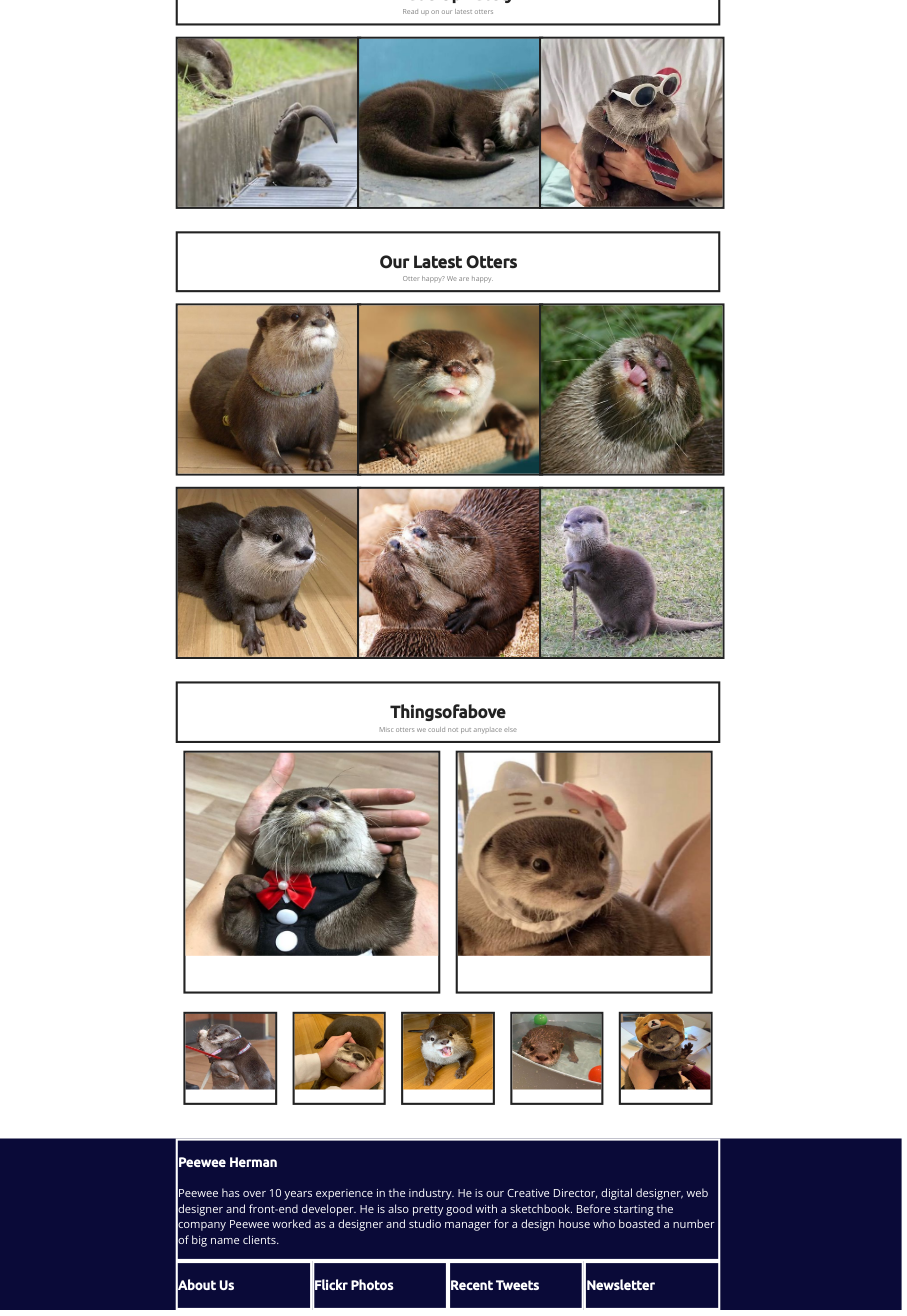
Repository: kennyharman/Marlowe_Kenny_Lab_02B
Page: index.html
These files come from the project's save history. The page is drawn as it stood at one moment and after the next save; the edit follows.
The browser window is 1280 px wide. The page is 1296 px wide, so the pictures cover 1296 px, including what lies to the right of the window. The pictures show the part of the page from y = 1038 to 2918 px (the page is 2918 px tall), at 70% of full size.

Above is the page before, as saved 2024-02-08 19:17:51.

After the next save:
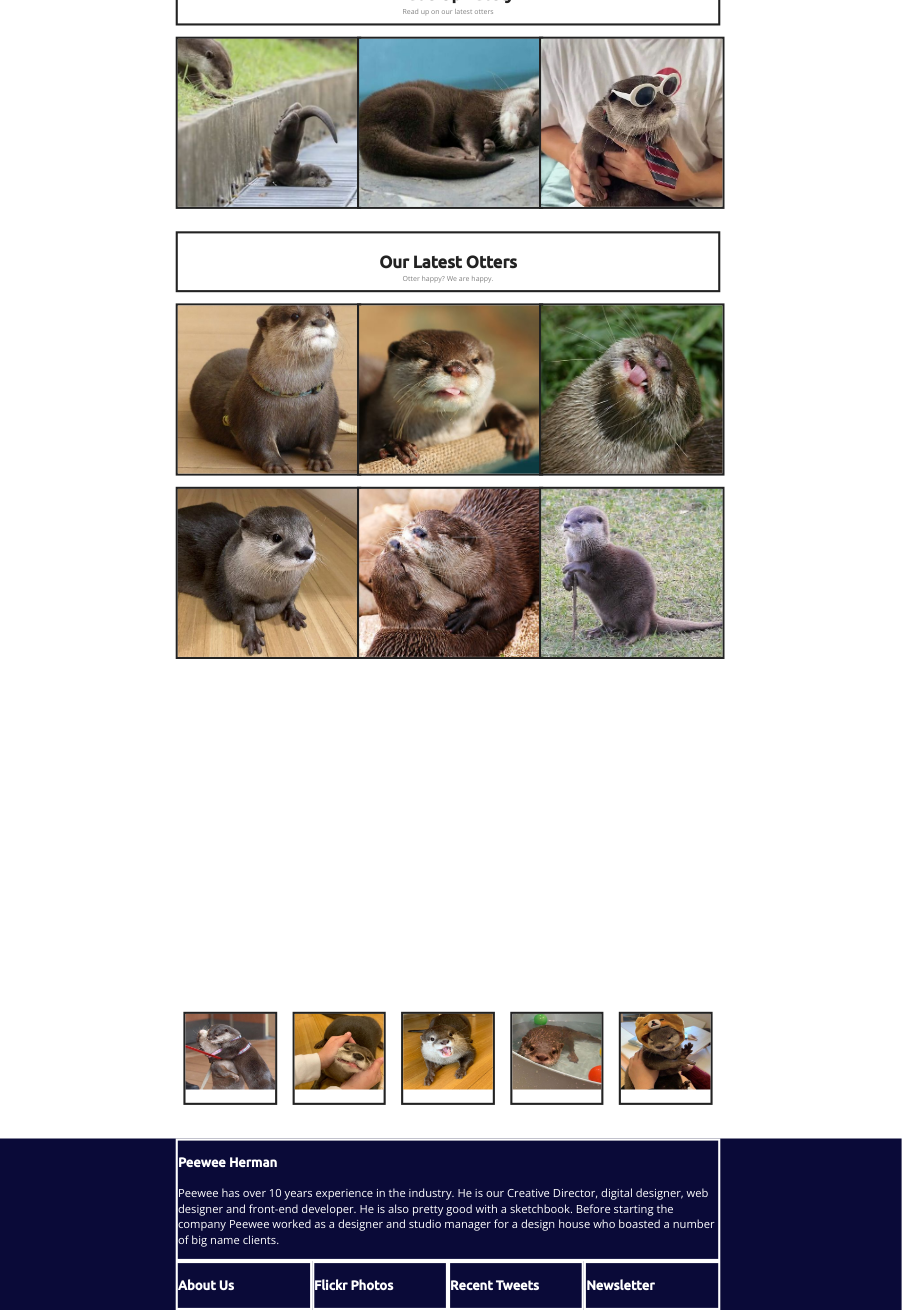
Saved 3 min 19 s later.
--- a/index.html
+++ b/index.html
@@ -129,7 +129,7 @@
     </div>
   </div>
 
-  <div class="section-misc">
+  <div class="section-misc invisible">
     <div class="row l-col-2">
       <div class="col l-row-span heading">
         <h3>Thingsofabove</h3>
